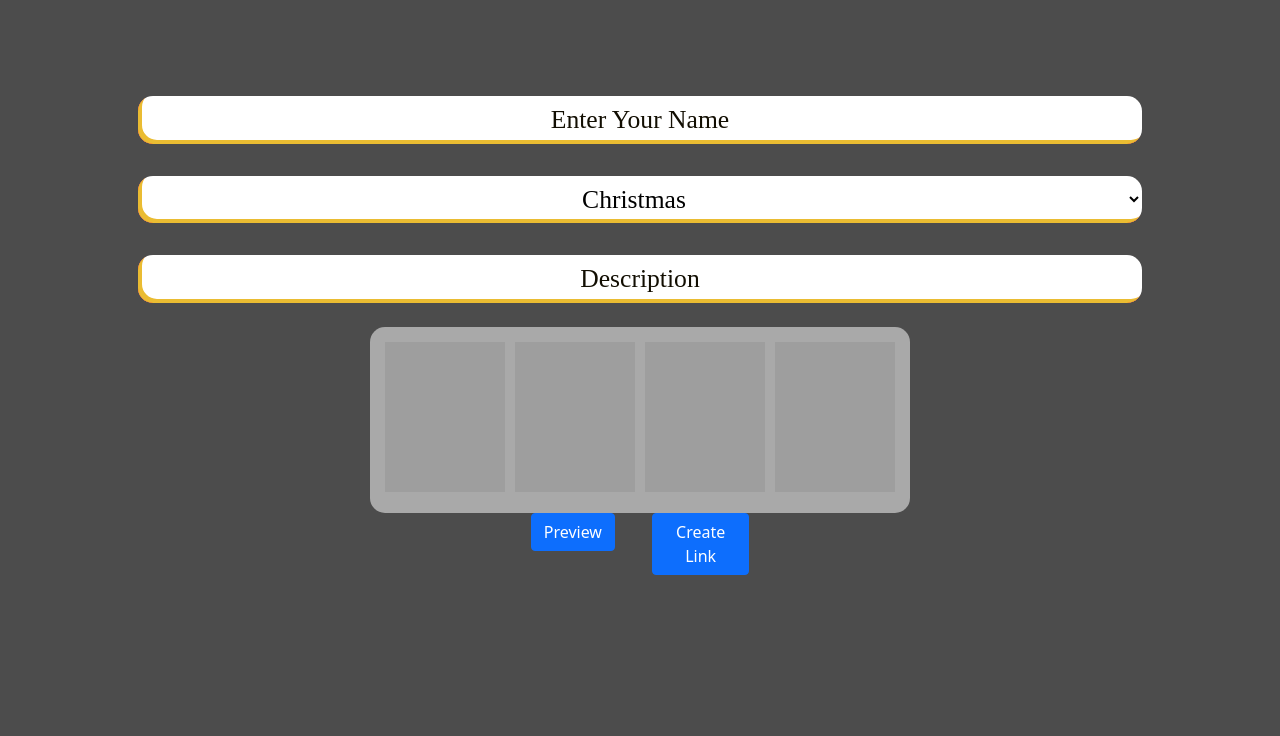
Repository: Haneef-Shaik/Greetings
Page: /
An editor plug-in stored every save of this project. The page is shown before and after a run of saves, followed by the edit.
The browser window is 1280 px wide. The pictures show the whole page.
Pictures or frames that could not be fetched are drawn as grey boxes. The project was rebuilt for these pictures with package versions that can differ from the ones it lists, and the page was loaded fresh each time. The framework's server and built-in components were replaced by stand-ins that run in the browser. Also part of the build but not shown: next.config.js, styles/card.module.scss, components/card.js, styles/socialShare.module.scss, components/socialShare.js.

Above is the page before, as saved 2021-12-01 21:06:44.

After the next 3 saves:
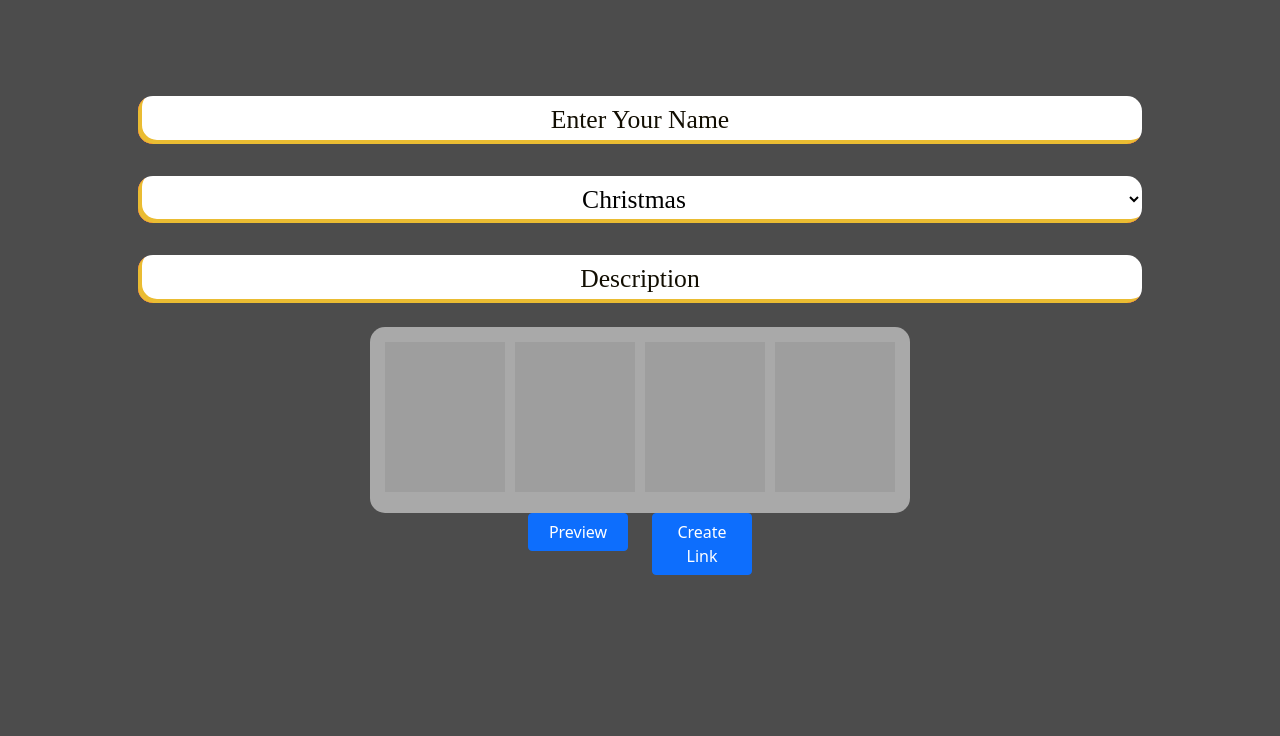
The 3 saves are shown as one change because 2 did not build or start.
The last was saved 49 s later.
--- a/components/form.js
+++ b/components/form.js
@@ -65,8 +65,8 @@ function Edit() {
 
                                 <div className="footerBanner">
                                     <div className="row">
-                                        <div className="col"><button className="btn btn-primary">Preview</button></div>
-                                        <div className="col"><button className="btn btn-primary"> Create Link </button></div>
+                                        <div className="col"><button className="btn btn-primary" style={{width:100}} >Preview</button></div>
+                                        <div className="col"><button className="btn btn-primary" style={{width:100}} > Create Link </button></div>
                                     </div>
                                 </div>
                             </form>
